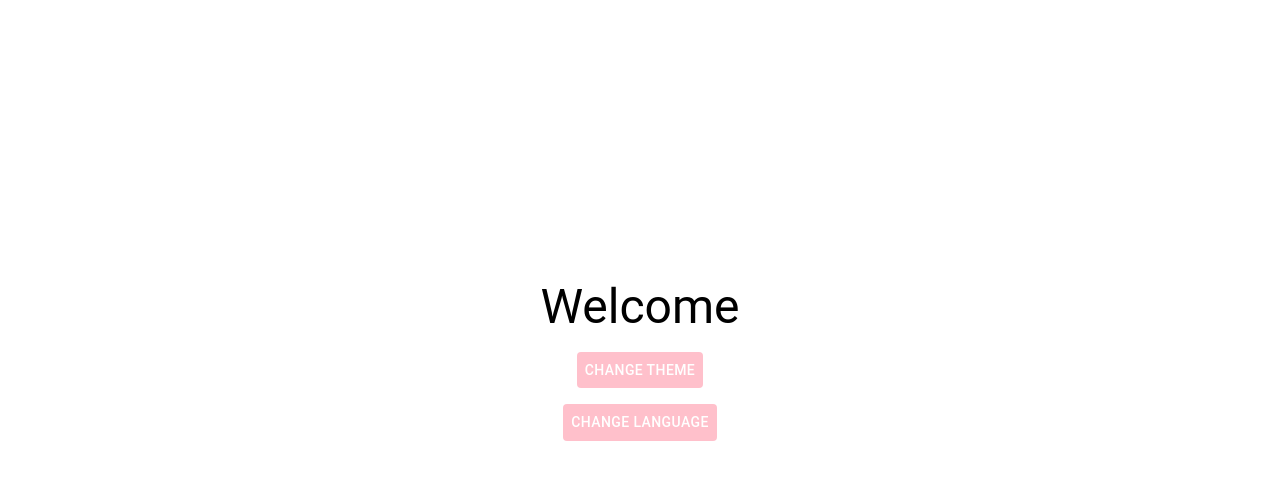
Repository: savannaaaas/contextLanguageTheme
Page: /
An editor plug-in stored every save of this project. The page is shown before and after the next save, followed by the edit.
The browser window is 1280 px wide. The pictures show the whole page.
The project was rebuilt for these pictures with package versions that can differ from the ones it lists, and the page was loaded fresh each time. Also part of the build but not shown: vite.config.js.

Above is the page before, as saved 2025-07-11 17:38:41.

### src/main.jsx
import { StrictMode } from "react";
import { createRoot } from "react-dom/client";
import App from "./App.jsx";
import { MasterProvider } from "./providers/MasterProvider.jsx";

createRoot(document.getElementById("root")).render(
  <StrictMode>
    <MasterProvider>
      <App />
    </MasterProvider>
  </StrictMode>
);

### src/App.jsx
import { useContext } from "react";
import { ThemeContext } from "./providers/ThemeContext";
import { ControlsPanel } from "./components/ControlsPanel";
import { Header } from "./components/Header";
import "./App.css";
export const translations = {
  en: {
    welcome: "Welcome",
    profile: "Your profile",
  },
  ru: {
    welcome: "Добро пожаловать",
    profile: "Твой профиль",
  },
};
function App() {
  const { theme } = useContext(ThemeContext);

  const themeStyle = {
    backgroundColor: theme === "light" ? "#fff" : "black",
    height: "100vh",
    display: "flex", // Flex-контейнер
    flexDirection: "column",
    justifyContent: "center",
    alignItems: "center",
    gap: "1em",
  };
  return (
    <div style={themeStyle}>
      <Header />
      <ControlsPanel />
    </div>
  );
}

export default App;

### src/providers/MasterProvider.jsx
import ThemeProvider from "./ThemeContext";
import LanguageProvider from "./LanguageContext";

export const MasterProvider = ({ children }) => {
  return (
    <ThemeProvider>
      <LanguageProvider>{children}</LanguageProvider>
    </ThemeProvider>
  );
};

### src/providers/ThemeContext.jsx
import { createContext, useCallback, useState } from "react";
export const ThemeContext = createContext(null);
const ThemeProvider = ({ children }) => {
  const [theme, setTheme] = useState("light");
  const toggleTheme = useCallback(() => {
    setTheme((theme) => (theme === "light" ? "dark" : "light"));
  }, [setTheme]);
  return (
    <ThemeContext.Provider value={{ theme, setTheme, toggleTheme }}>
      {children}
    </ThemeContext.Provider>
  );
};
export default ThemeProvider;

### src/components/ControlsPanel.jsx
import { useContext } from "react";
import { ThemeContext } from "../providers/ThemeContext";
import { LanguageContext } from "../providers/LanguageContext";
import Button from "@mui/material/Button";
export const ControlsPanel = () => {
  const { toggleTheme } = useContext(ThemeContext);
  const { toggleLanguage } = useContext(LanguageContext);
  return (
    <>
      <Button
        onClick={toggleTheme}
        style={{ backgroundColor: "pink", color: "#fff" }}
      >
        Change theme
      </Button>
      <Button
        onClick={() => toggleLanguage()}
        style={{ backgroundColor: "pink", color: "#fff" }}
      >
        Change language
      </Button>
    </>
  );
};

### src/components/Header.jsx
import { Typography } from "@mui/material";
import { useContext } from "react";
import { ThemeContext } from "../providers/ThemeContext";
import { LanguageContext } from "../providers/LanguageContext";
import { translations } from "../App";
/*const translations = {
  en: {
    welcome: "Welcome",
    profile: "Your profile",
  },
  ru: {
    welcome: "Добро пожаловать",
    profile: "Твой профиль",
  },
}; */
export const Header = () => {
  const { theme } = useContext(ThemeContext);
  const { language } = useContext(LanguageContext);
  return (
    <Typography
      variant="h3"
      style={{ color: theme === "light" ? "black" : "white" }}
    >
      {translations[language].welcome}
    </Typography>
  );
};

### src/App.css
html, body, #root {
 height: 100%;
  margin: 0;
  padding: 0;
  text-align: center;
}

### src/providers/LanguageContext.jsx
import { createContext, useState } from "react";
export const LanguageContext = createContext(null);

const LanguageProvider = ({ children }) => {
  const [language, setLanguage] = useState("en");
  const toggleLanguage = () => {
    setLanguage((language) => (language === "en" ? "ru" : "en"));
  };
  return (
    <LanguageContext.Provider value={{ language, setLanguage, toggleLanguage }}>
      {children}
    </LanguageContext.Provider>
  );
};
export default LanguageProvider;

Loaded but not shown: index.html (common file)

After the next save:
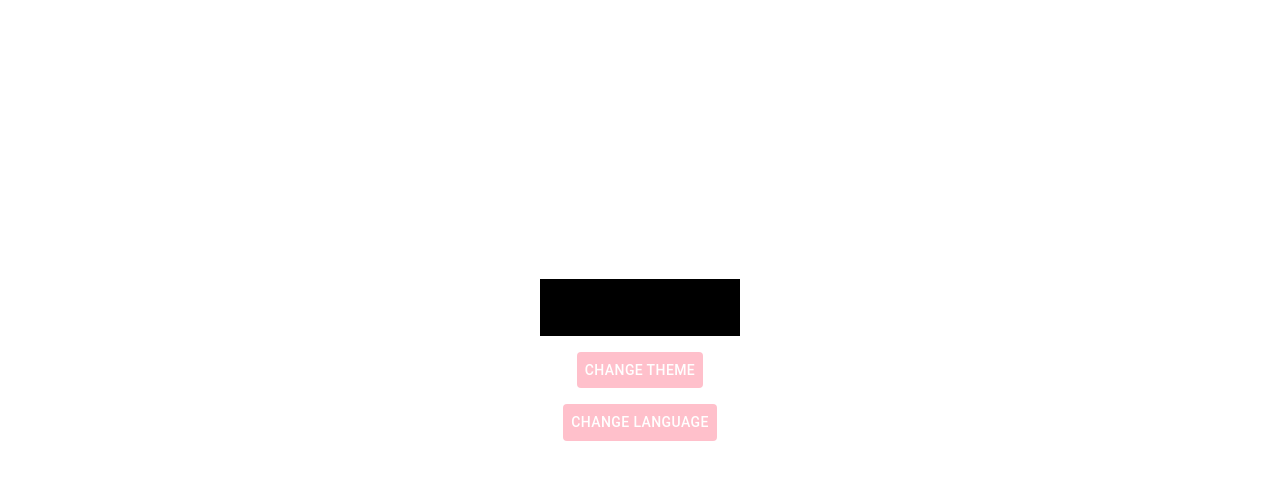
Saved 48 s later.
--- a/src/components/Header.jsx
+++ b/src/components/Header.jsx
@@ -19,7 +19,10 @@
   return (
     <Typography
       variant="h3"
-      style={{ color: theme === "light" ? "black" : "white" }}
+      style={{
+        color: theme === "light" ? "black" : "white",
+        backgroundColor: theme === "light" ? "black" : "white",
+      }}
     >
       {translations[language].welcome}
     </Typography>

After the save that followed:
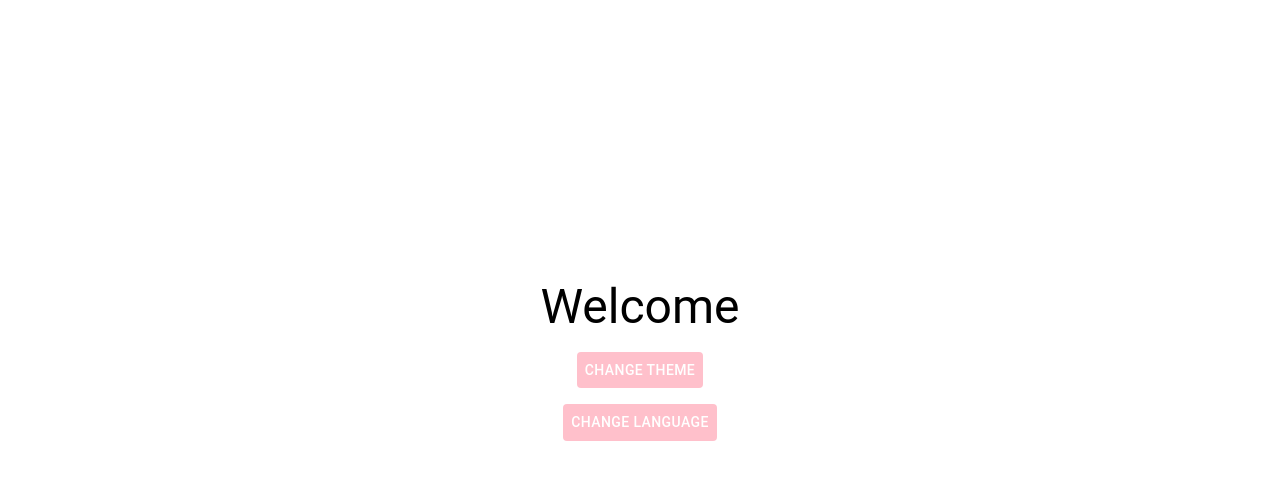
Saved 20 s later.
--- a/src/components/Header.jsx
+++ b/src/components/Header.jsx
@@ -21,7 +21,7 @@
       variant="h3"
       style={{
         color: theme === "light" ? "black" : "white",
-        backgroundColor: theme === "light" ? "black" : "white",
+        backgroundColor: theme === "light" ? "white" : "black",
       }}
     >
       {translations[language].welcome}
